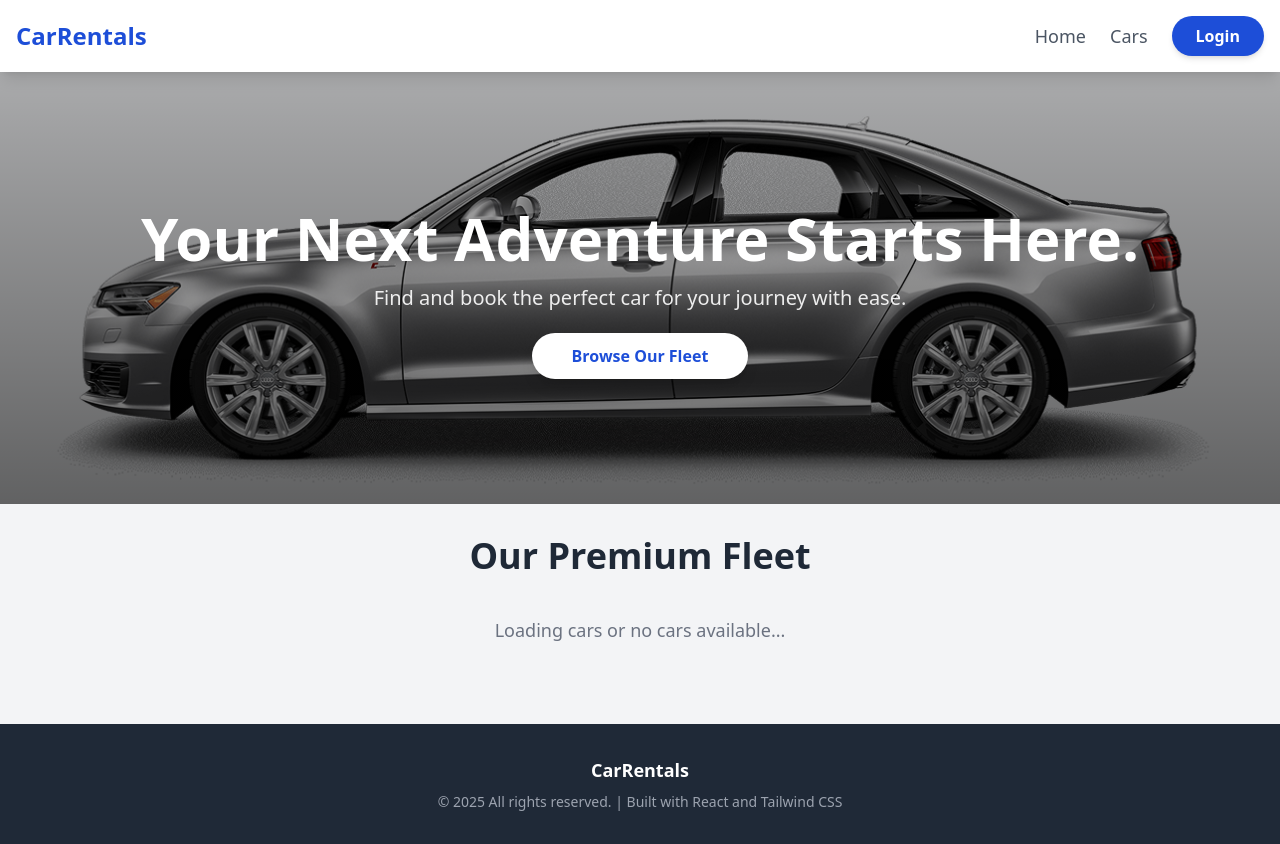
Repository: Daehy-peels/car-rental-app
Page: / (app in client/)
These files come from the project's save history. The page is drawn as it stood at one moment and after the next save; the edit follows.
The browser window is 1280 px wide. The pictures show the whole page.
The page's requests for data from a server got no answer. The project was rebuilt for these pictures with package versions that can differ from the ones it lists, and the page was loaded fresh each time. No one was signed in, and anything a server would have sent is missing. Also part of the build but not shown: client/vite.config.js, client/src/components/CarCard.jsx.

Above is the page before, as saved 2025-08-20 20:44:21.

### client/src/index.css
/* client/src/index.css */
@tailwind base;
@tailwind components;
@tailwind utilities;

### client/src/App.jsx
// src/App.jsx
import React, { useState, useEffect } from "react";
import Navbar from "./components/Navbar";
import Hero from "./components/Hero";
import CarCard from "./components/CarCard";
import Footer from "./components/Footer";
import "./index.css";
import { fetchCars } from "./services/api";

function App() {
  const [cars, setCars] = useState([]);

  useEffect(() => {
    const getCars = async () => {
      const carList = await fetchCars();
      setCars(carList);
    };
    getCars();
  }, []);

  return (
    <div className="bg-background min-h-screen font-sans antialiased">
      <Navbar />
      <Hero />
      <div className="container mx-auto px-4 sm:px-6 lg:px-8">
        <main className="p-8">
          <h2 className="text-4xl font-bold text-text mb-10 text-center">
            Our Premium Fleet
          </h2>

          {cars.length > 0 ? (
            <div className="grid grid-cols-1 md:grid-cols-2 lg:grid-cols-3 gap-8">
              {cars.map((car) => (
                <CarCard key={car.car_id} car={car} />
              ))}
            </div>
          ) : (
            <p className="text-center text-lg text-gray-500">
              Loading cars or no cars available...
            </p>
          )}
        </main>
      </div>
      <Footer />
    </div>
  );
}

export default App;

### client/src/components/Navbar.jsx
// src/components/Navbar.jsx
import React from "react";

const Navbar = () => {
  return (
    <nav className="bg-white shadow-lg">
      <div className="container mx-auto px-4 py-4 flex justify-between items-center">
        <div className="text-2xl font-bold text-primary">CarRentals</div>
        <div className="flex items-center space-x-6">
          <a
            href="#"
            className="text-gray-600 hover:text-primary transition-colors text-lg font-medium"
          >
            Home
          </a>
          <a
            href="#"
            className="text-gray-600 hover:text-primary transition-colors text-lg font-medium"
          >
            Cars
          </a>
          <a
            href="#"
            className="text-white bg-primary hover:bg-secondary px-6 py-2 rounded-full font-semibold transition-colors shadow-md"
          >
            Login
          </a>
        </div>
      </div>
    </nav>
  );
};

export default Navbar;

### client/src/components/Hero.jsx
// src/components/Hero.jsx
import React from "react";
import mainCarImage from "../assets/main_car.png";

const Hero = () => {
  return (
    <div
      className="relative h-[50vh] md:h-[60vh] bg-cover bg-center flex items-center justify-center text-center"
      style={{ backgroundImage: `url(${mainCarImage})` }}
    >
      {/* Semi-transparent overlay with a subtle gradient */}
      <div className="absolute inset-0 bg-gradient-to-t from-black/60 to-black/30"></div>

      {/* Content */}
      <div className="relative z-10 text-white p-4">
        <h1 className="text-4xl md:text-6xl font-extrabold mb-4 leading-tight">
          Your Next Adventure Starts Here.
        </h1>
        <p className="text-lg md:text-xl mb-8 max-w-2xl mx-auto opacity-90">
          Find and book the perfect car for your journey with ease.
        </p>
        <a
          href="#"
          className="bg-white text-primary font-bold py-3 px-10 rounded-full shadow-lg hover:bg-gray-100 transition-colors duration-300 transform hover:scale-105"
        >
          Browse Our Fleet
        </a>
      </div>
    </div>
  );
};

export default Hero;

### client/src/components/Footer.jsx
// src/components/Footer.jsx
import React from "react";

const Footer = () => {
  return (
    <footer className="bg-text text-white py-8 mt-12">
      <div className="container mx-auto px-4 text-center">
        <p className="text-lg font-semibold mb-2">CarRentals</p>
        <p className="text-sm text-gray-400">
          &copy; 2025 All rights reserved. | Built with React and Tailwind CSS
        </p>
      </div>
    </footer>
  );
};

export default Footer;

### client/src/services/api.js
// src/services/api.js

const API_URL = "http://localhost:3000/api";

// Function to fetch all cars from the backend
export const fetchCars = async () => {
  try {
    const response = await fetch(`${API_URL}/cars`);
    if (!response.ok) {
      throw new Error("Failed to fetch cars");
    }
    const data = await response.json();
    return data;
  } catch (error) {
    console.error("Error fetching cars:", error);
    return [];
  }
};

// Function to create a new car
export const addCar = async (carData) => {
  try {
    const response = await fetch(`${API_URL}/cars`, {
      method: "POST",
      headers: {
        "Content-Type": "application/json",
      },
      body: JSON.stringify(carData),
    });
    if (!response.ok) {
      throw new Error("Failed to add car");
    }
    const data = await response.json();
    return data;
  } catch (error) {
    console.error("Error adding car:", error);
    throw error;
  }
};

### client/tailwind.config.js
// client/tailwind.config.js
/** @type {import('tailwindcss').Config} */
export default {
  content: ["./index.html", "./src/**/*.{js,ts,jsx,tsx}"],
  theme: {
    extend: {
      colors: {
        primary: "#1d4ed8", // A deep blue
        secondary: "#3b82f6", // A lighter blue
        accent: "#60a5fa", // A light accent blue
        background: "#f3f4f6", // A soft gray
        text: "#1f2937", // A dark text color
      },
    },
  },
  plugins: [],
};

Loaded but not shown: client/index.html (common file); client/src/main.jsx (common file)

After the next save:
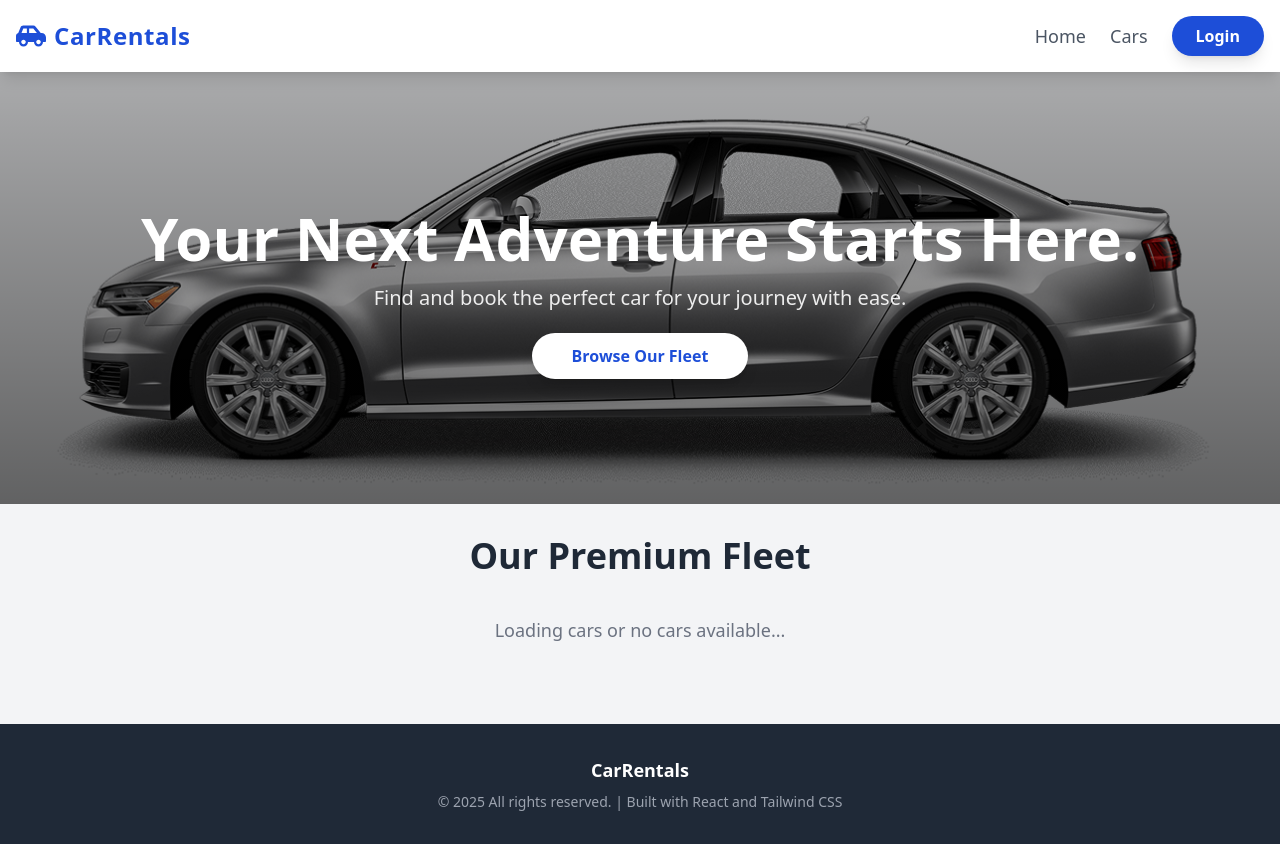
Saved 14 h 17 min later.
--- a/client/src/components/Navbar.jsx
+++ b/client/src/components/Navbar.jsx
@@ -1,27 +1,38 @@
 // src/components/Navbar.jsx
 import React from "react";
+import { FaCarSide } from "react-icons/fa"; // Using react-icons for a car logo
 
 const Navbar = () => {
   return (
-    <nav className="bg-white shadow-lg">
+    <nav className="bg-white shadow-lg animate-fade-in-down">
       <div className="container mx-auto px-4 py-4 flex justify-between items-center">
-        <div className="text-2xl font-bold text-primary">CarRentals</div>
+        {/* Logo and App Name */}
+        <div className="flex items-center space-x-2">
+          <FaCarSide className="text-primary text-3xl" />
+          <div className="text-2xl font-bold text-primary tracking-wide">
+            CarRentals
+          </div>
+        </div>
+
+        {/* Navigation Links */}
         <div className="flex items-center space-x-6">
           <a
             href="#"
-            className="text-gray-600 hover:text-primary transition-colors text-lg font-medium"
+            className="text-gray-600 hover:text-primary transition-colors text-lg font-medium relative group"
           >
             Home
+            <span className="absolute bottom-0 left-0 w-full h-0.5 bg-primary transform scale-x-0 group-hover:scale-x-100 transition-transform duration-300"></span>
           </a>
           <a
             href="#"
-            className="text-gray-600 hover:text-primary transition-colors text-lg font-medium"
+            className="text-gray-600 hover:text-primary transition-colors text-lg font-medium relative group"
           >
             Cars
+            <span className="absolute bottom-0 left-0 w-full h-0.5 bg-primary transform scale-x-0 group-hover:scale-x-100 transition-transform duration-300"></span>
           </a>
           <a
             href="#"
-            className="text-white bg-primary hover:bg-secondary px-6 py-2 rounded-full font-semibold transition-colors shadow-md"
+            className="text-white bg-primary hover:bg-secondary px-6 py-2 rounded-full font-semibold transition-all duration-300 shadow-lg transform hover:scale-105"
           >
             Login
           </a>
